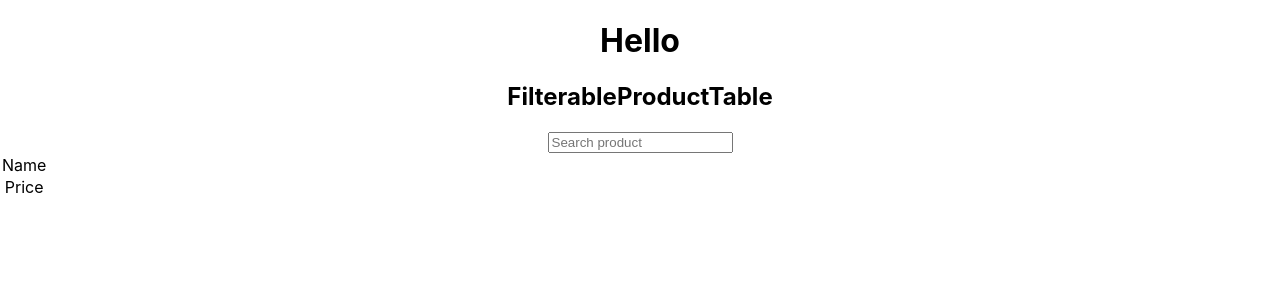
Repository: rezapurnamaa/product-category
Page: /
The author's editor kept a copy of each file at every save. The page is drawn from the files as they stood at one save, then again after the next save.
The browser window is 1280 px wide. The pictures show the whole page.
The project was rebuilt for these pictures with package versions that can differ from the ones it lists, and the page was loaded fresh each time.

Above is the page before, as saved 2023-06-23 01:03:24.

After the next save:
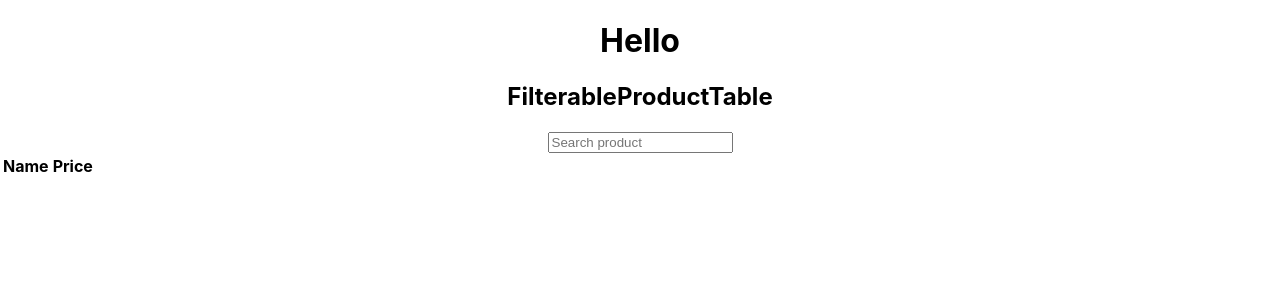
Saved 55 s later.
--- a/src/App.js
+++ b/src/App.js
@@ -33,8 +33,10 @@ function ProductTable() {
   return (
     <>
       <table>
-        <thead>Name</thead>
-        <thead>Price</thead>
+        <tr>
+          <th>Name</th>
+          <th>Price</th>
+        </tr>
       </table>
     </>
   );
